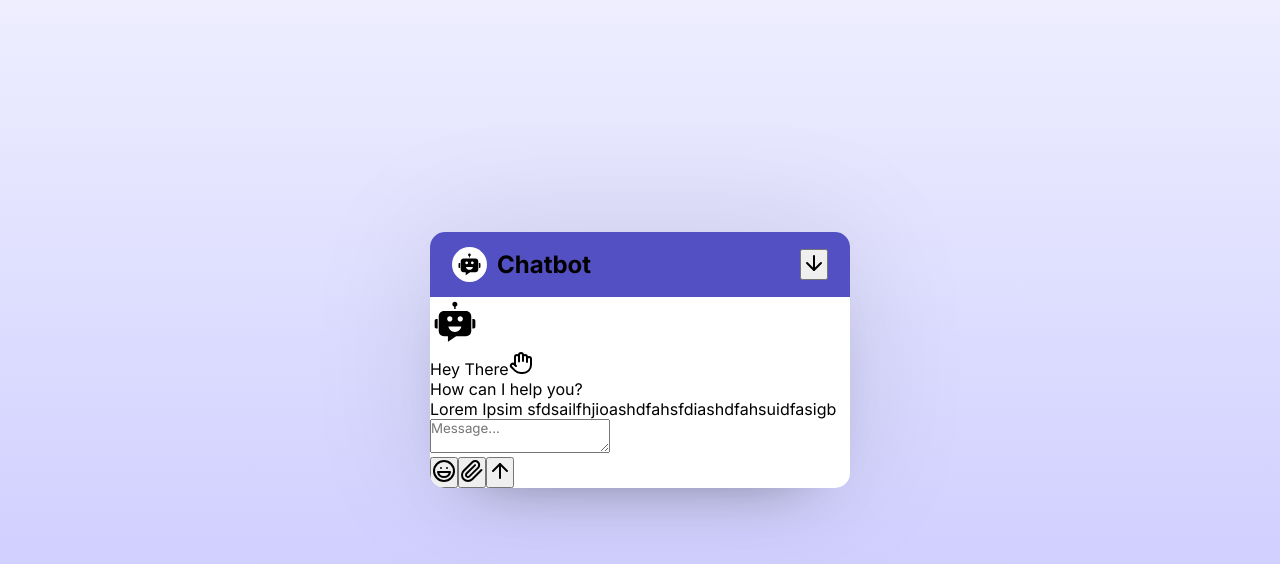
Repository: guilhermecardoso93/ai-bot
Page: /
The author's editor kept a copy of each file at every save. The page is drawn from the files as they stood at one save, then again after the next save.
The browser window is 1280 px wide. The pictures show the whole page.
The project was rebuilt for these pictures with package versions that can differ from the ones it lists, and the page was loaded fresh each time. Also part of the build but not shown: vite.config.js.

Above is the page before, as saved 2024-11-11 20:30:12.

After the next save:
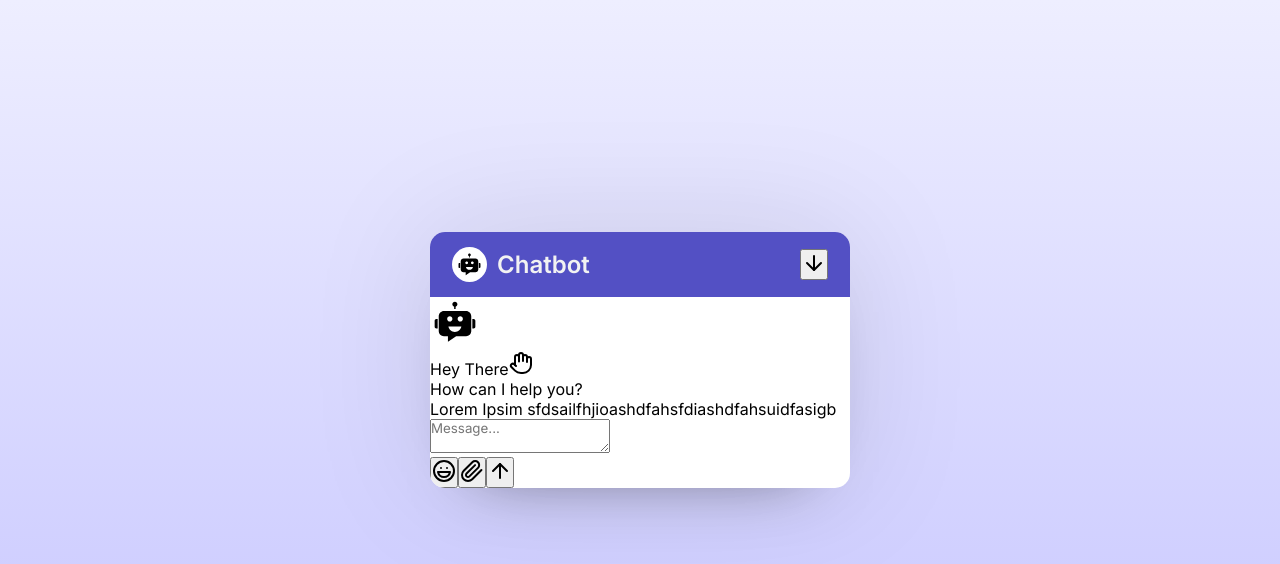
Saved 85 s later.
--- a/src/index.css
+++ b/src/index.css
@@ -52,3 +52,9 @@ body {
   flex-shrink: 0;
   padding: 4px;
 }
+
+.header-info .logo-text {
+  color: #f2f2f2;
+  font-weight: 600;
+
+}
